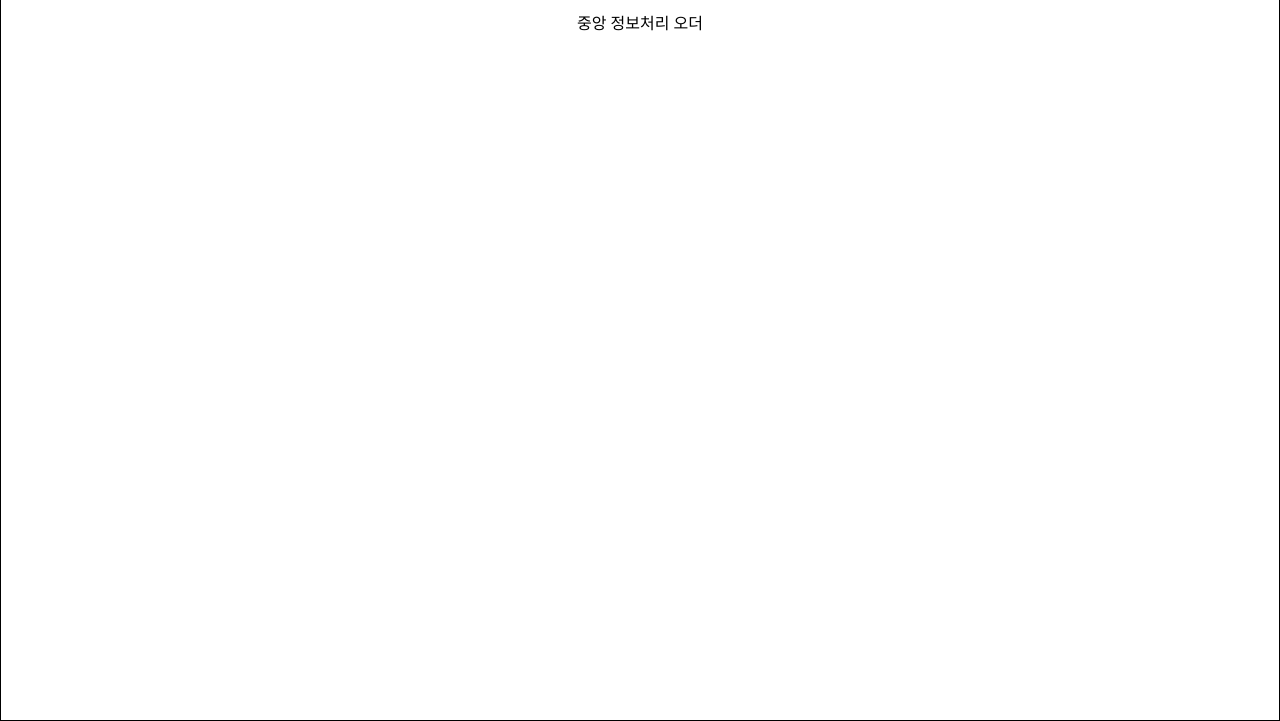
Repository: Devhyeongseon/Academy_Jsp
Page: http://localhost/J_ORDER/home.jsp
These files come from the project's save history. The page is drawn as it stood at one moment and after the next save; the edit follows.
The browser window is 1280 px wide. The pictures show the whole page.
The page is served by Tomcat 9. Other server files are loaded and not shown.

Above is the page before, as saved 2024-01-08 07:55:55.

### J_ORDER/src/main/webapp/home.jsp
<%@ page language="java" contentType="text/html; charset=UTF-8"
	pageEncoding="UTF-8"%>
<%@ include file="include/header.jsp" %>
	<div class="brand">중앙 정보처리 오더</div>
	<div class="custom-box"></div>

</body>
</html>

### J_ORDER/src/main/webapp/include/header.jsp

<%@ taglib prefix="c" uri="http://java.sun.com/jsp/jstl/core" %>
<%@ page language="java" contentType="text/html; charset=UTF-8"
	pageEncoding="UTF-8"%>
<!DOCTYPE html>
<html lang="en">



<head>
<meta charset="UTF-8">
<meta name="viewport" content="width=device-width, initial-scale=1.0">
<style>
body , html{
	margin: 0;
	padding: 0;
	display: flex;
	align-items: center;
	justify-content: center;
	width : 100vw;
	height: 100vh;
	background-size: cover;
	background-repeat: no-repeat;
	background-position: center;
	background-color: #f0f0f0;
}

.custom-box {
	width: 1280px;
	height: 720px;
	background-color: #ffffff;
	border: 1px solid #000000;
}

 .brand {
            position: fixed;
            top: 0;
            left: 50%;
            transform: translateX(-50%);
            background-color:
            color: #fff;
            padding: 10px;
            width: 500px; /* 필요에 따라 너비를 조절하세요. */
            text-align: center;
        }
</style>
<title>제이오더 입니다.</title>
</head>
<body background ="img/bg.png">

After the next save:
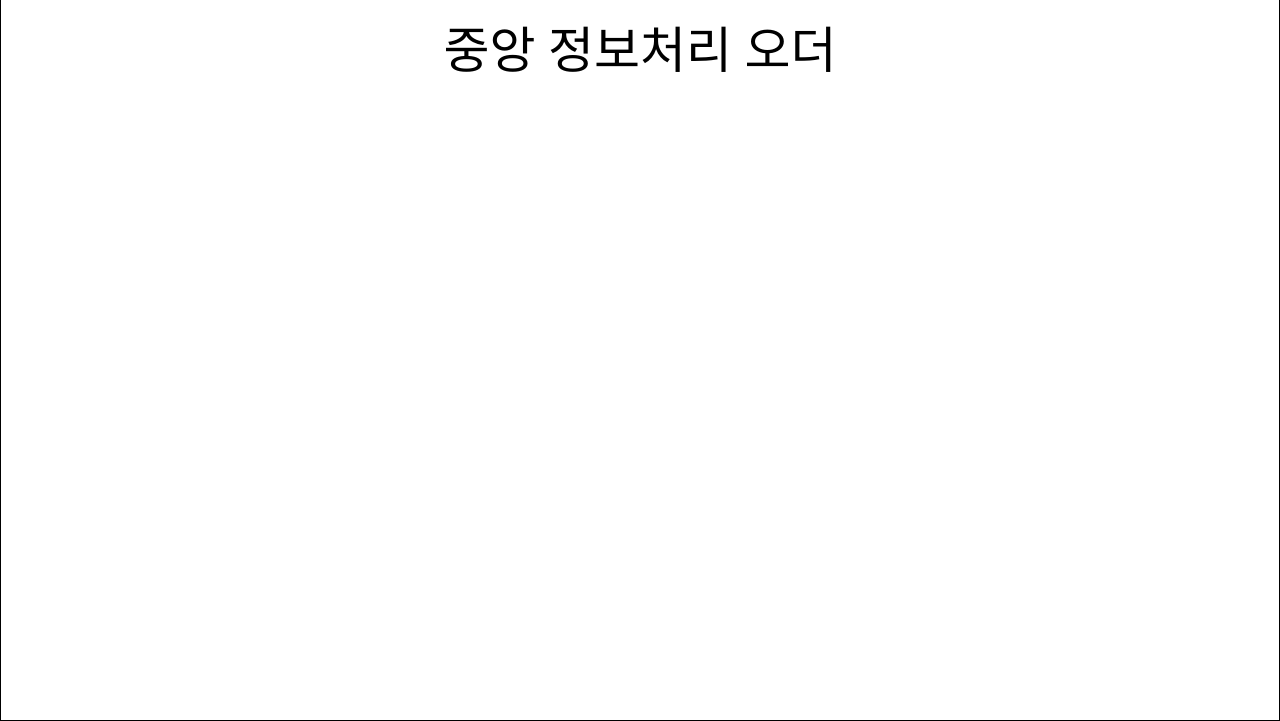
Saved 50 s later.
--- a/J_ORDER/src/main/webapp/include/header.jsp
+++ b/J_ORDER/src/main/webapp/include/header.jsp
@@ -42,6 +42,7 @@ body , html{
             padding: 10px;
             width: 500px; /* 필요에 따라 너비를 조절하세요. */
             text-align: center;
+             font-size: 50px;
         }
 </style>
 <title>제이오더 입니다.</title>
